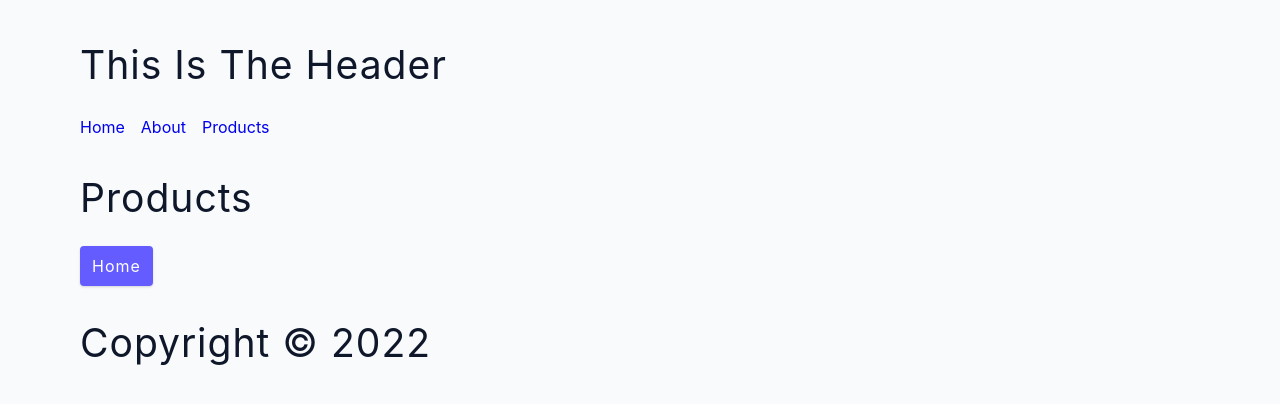
Repository: kennedyowusu/react-router-tutorial
Page: /products
These files come from the project's save history. The page is drawn as it stood at one moment and after the next save; the edit follows.
The browser window is 1280 px wide. The pictures show the whole page.
The project was rebuilt for these pictures with package versions that can differ from the ones it lists, and the page was loaded fresh each time. Also part of the build but not shown: src/pages/About.js, src/pages/Error.js.

Above is the page before, as saved 2022-12-27 16:19:59.

After the next save:
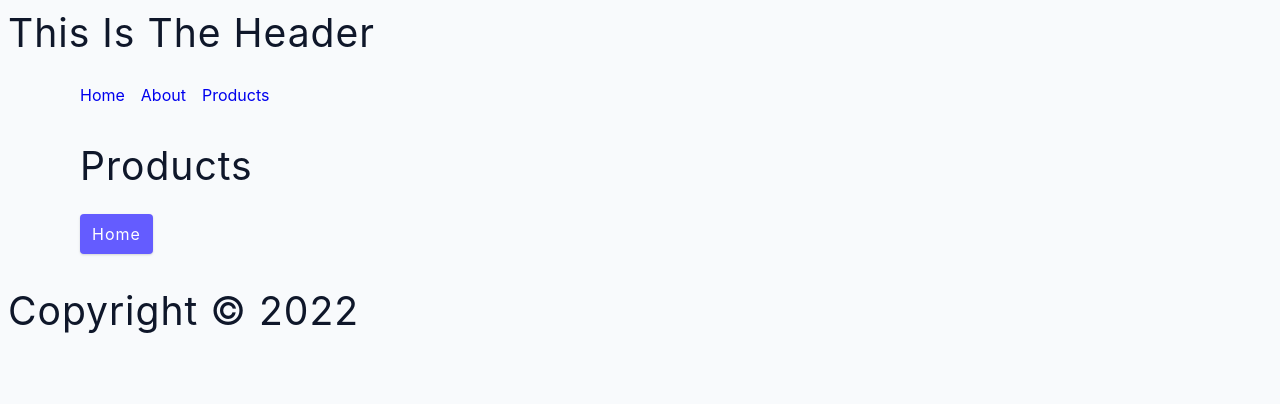
Saved 50 s later.
--- a/src/App.js
+++ b/src/App.js
@@ -1,15 +1,17 @@
 import { BrowserRouter, Routes, Route } from "react-router-dom";
-import Home from "./pages/Home";
 import About from "./pages/About";
 import Products from "./pages/Products";
+import Home from "./pages/Home";
 import Error from "./pages/Error";
+import SharedLayout from "./pages/SharedLayout";
 
 function App() {
   return (
     <BrowserRouter>
       <Routes>
 
-        <Route path="/" element={<Home />}>
+        <Route path="/" element={<SharedLayout />}>
+          <Route index path="/" element={<Home />} />
           <Route path="about" element={<About />} />
           <Route path="products" element={<Products />} />
           <Route path="*" element={<Error />} />
